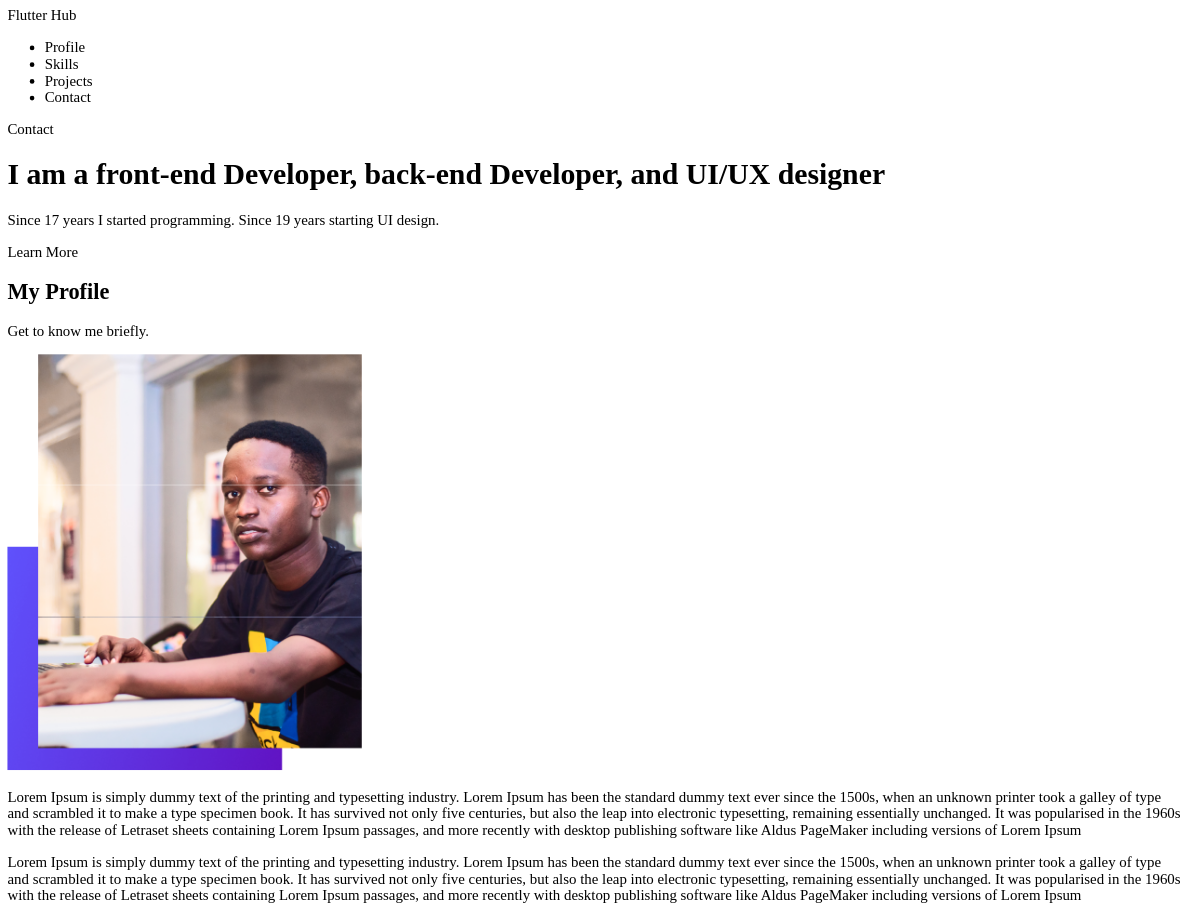
Repository: fhub-1/tutorial
Page: /
An editor plug-in stored every save of this project. The page is shown before and after the next save, followed by the edit.
The browser window is 1280 px wide. The pictures show the whole page, at 93% of full size.
The project was rebuilt for these pictures with package versions that can differ from the ones it lists, and the page was loaded fresh each time. The framework's server and built-in components were replaced by stand-ins that run in the browser. Also part of the build but not shown: next.config.js.

Above is the page before, as saved 2021-06-22 16:30:27.

### pages/_app.js
//adding tailwindcss file
import "tailwindcss/tailwind.css"
import Head from "next/head"


function MyApp({ Component, pageProps }) {
  return (
    //monday adding same files and google fonts
    <>
      <Head>
       <link rel="preconnect" href="https://fonts.gstatic.com" />
       <link href="https://fonts.googleapis.com/css2?family=IBM+Plex+Serif:ital,wght@0,300;0,400;0,500;0,600;0,700;1,300;1,400;1,500;1,600;1,700&display=swap" rel="stylesheet" />
       <link href="https://fonts.googleapis.com/css2?family=IBM+Plex+Serif:ital,wght@0,300;0,400;0,500;0,600;0,700;1,300;1,400;1,500;1,600;1,700&family=Source+Code+Pro:ital,wght@0,400;0,500;0,600;0,700;1,400;1,500;1,600&display=swap" rel="stylesheet"  />
      </Head>
      <Component {...pageProps} />
      </>
  );
}

export default MyApp;

### pages/index.js
/* eslint-disable @next/next/no-img-element */
import Nav from "../components/Nav"
import Logo from "../components/Logo"
import Button from "../components/Button"
import Sectionskills from "../components/Sectionskills"

export default function Home() {

  return (
    <>
      {/* starting on the hero section */}
      {/* working on the hero background on the hero section */}
      <div className="bg-hero  h-[700px] bg-repeat-round">
        <div className="container mx-auto">
          <div className="flex  items-center py-10">
            <div className="w-3/12 ">
              {/* bring logo from logo js */}
              <Logo />
            </div>
            <div className="w-6/12">
              {/* create new file nav js copy the code */}
              <Nav />
            </div>
            <div className="w-3/12 text-right">
              <Button variant="outline-b  lue">Contact</Button>
            </div>
            </div>
          <div className="text-center mt-18">
            <h1 className=" text-3xl  text-white font-semibold font-mono w-5/12 mx-auto leading-relaxed">
            I am a front-end Developer, back-end Developer, and  UI/UX designer
            </h1>
            <p className="text-white text-opacity-60 text-lg mt-6 mx-auto w-4/12 leading-relaxed">Since 17 years I started programming. Since 19 years starting UI design.</p>
            <Button variant="yellow" className="mt-10 text-center">Learn More</Button>
          </div>
          </div>
      </div>
      {/* end of the hero */}

      {/* profile section */}
      <section className="py-28">
        <div className="containeter mx-auto">
          <h2 className="text-2xl font-semi font-mono text-center font-bold">My Profile</h2>
          <p className="text-center text-gray-400 text-lg mt-2">Get to know me briefly.</p>
          <div className="flex  items-center w-9/12 mx-auto mt-10">
            <div className="w-4/12  p-10">
              <img src="/pro.png" alt="profile" className=" w-full px-10"/>
                {/* <img src="/me.png" className="w-full"/> */}
            </div>
            <div className="w-5/12 px-10">
            <p className="text-lg leading-relaxed">Lorem Ipsum is simply dummy text of the printing and typesetting industry. Lorem Ipsum has been the  standard dummy text ever since the 1500s, when an unknown printer took a galley of type and scrambled it to make a type specimen book. It has survived not only five centuries, but also the leap into electronic typesetting, remaining essentially unchanged. It was popularised in the 1960s with the release of Letraset sheets containing Lorem Ipsum passages, and more recently with desktop publishing software like Aldus PageMaker including versions of Lorem Ipsum</p>
              <p className="text-lg leading-relaxed">Lorem Ipsum is simply dummy text of the printing and typesetting industry. Lorem Ipsum has been the  standard dummy text ever since the 1500s, when an unknown printer took a galley of type and scrambled it to make a type specimen book. It has survived not only five centuries, but also the leap into electronic typesetting, remaining essentially unchanged. It was popularised in the 1960s with the release of Letraset sheets containing Lorem Ipsum passages, and more recently with desktop publishing software like Aldus PageMaker including versions of Lorem Ipsum</p>
            </div>
          </div>
        </div>
      </section>
      {/* end of profile section */}

      {/* section of skillss */}
      <section>
        {/* creating sectionskills */}
        <Sectionskills />
      </section>
      {/*end  section of skillss */}
    </>

  )
}

### components/Nav.js
import NavItems from "./NavItems"
export default function Nav() {
    return (
        <ul className="flex  justify-center space-x-10  py-20">
                {/* creating deffernts file form naveitems */}
                <NavItems >Profile</NavItems>
                <NavItems >Skills</NavItems>
                <NavItems >Projects</NavItems>
                <NavItems >Contact </NavItems>
                {/* end of top navbar */}
              </ul>
    )
}

### components/Logo.js
export default function Logo() {
    return (
        <div className="text-white uppercase text-2xl font-semibold tracking-widest">
         Flutter Hub
        </div>
    )
}

### components/Button.js
export default function Button({ className,variant, children }) {
    const addClassName = className ? `${className}` : "";

    const variants = {
        "outline-yellow": `border border-yellow text-yellow-500`,
        "yellow": "bg-yellow-500 text-black"
    };

    const pickedVariant = variants[variant];

    return (
        <a className={`border  text-yellow-100 border-yellow-500  py-3 px-10  text-lg font-semibold rounded-full inline-block ${pickedVariant}${addClassName}`}>
            {children}
        </a>
    );
}

### components/Sectionskills.js
export default function Sectionskills() {
    return (
        <div>

        </div>
    )
}

### components/NavItems.js
export default function NavItems({children}) {
    return (
        <li><a className="text-white  text-lg  text-opacity-60  font-semibold">{children}</a></li>

    )
}

After the next save:
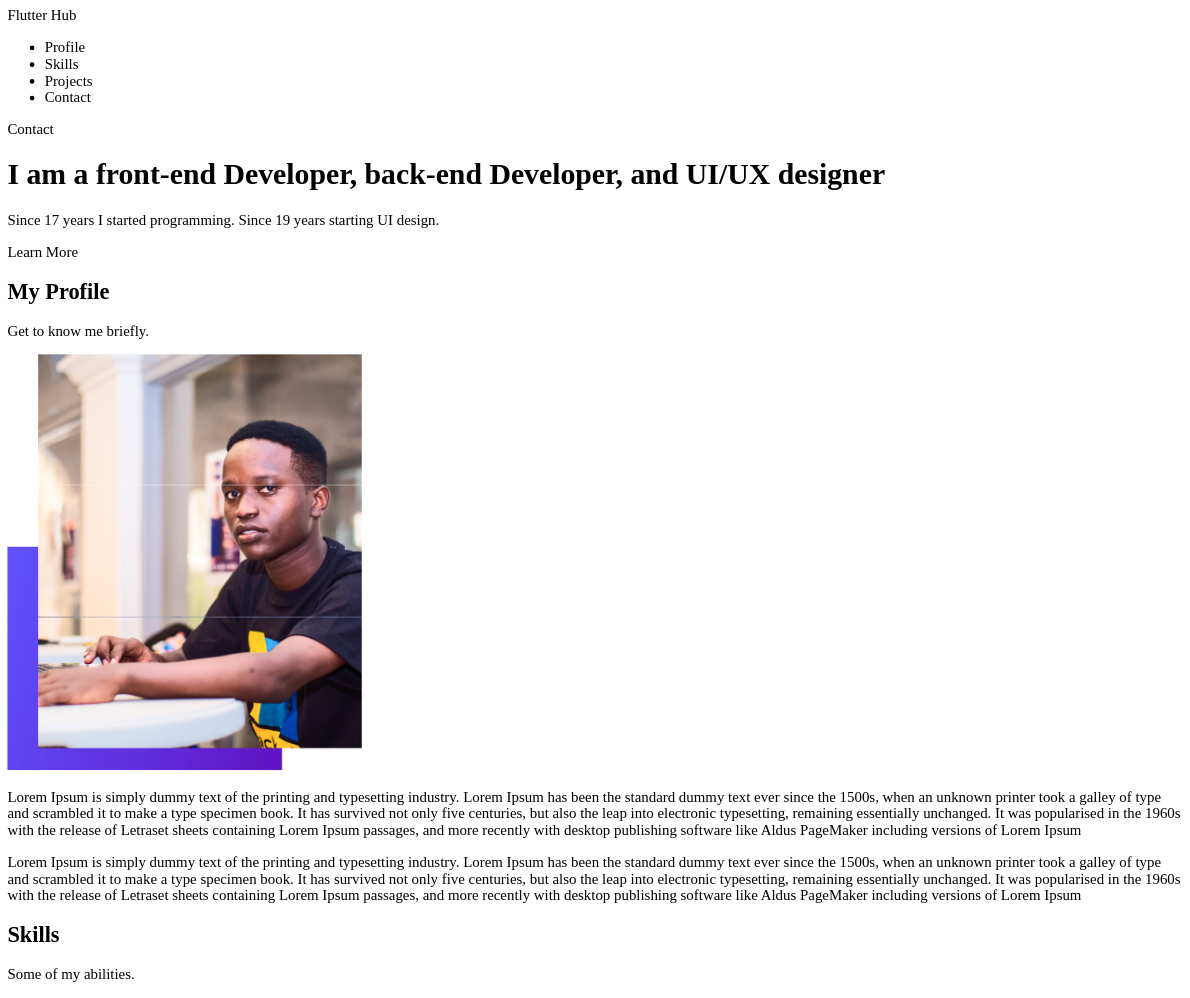
Saved 2 min 29 s later.
--- a/components/Sectionskills.js
+++ b/components/Sectionskills.js
@@ -1,7 +1,10 @@
 export default function Sectionskills() {
     return (
-        <div>
-
-        </div>
-    )
+        <section>
+            <div className="container mx-auto">
+                <h2>Skills</h2>
+                <p>Some of my abilities.</p>
+            </div>
+       </section>
+    );
 }
